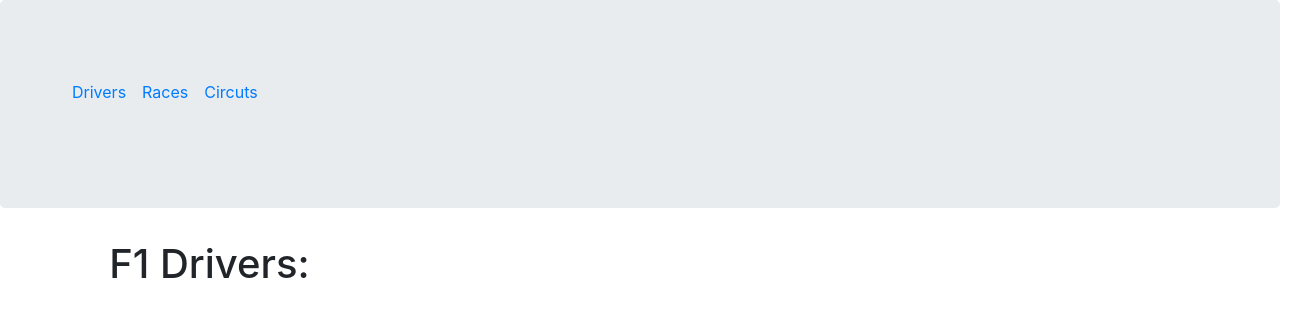
Repository: Lynras/formular1
Page: /Drivers
An editor plug-in stored every save of this project. The page is shown before and after the next save, followed by the edit.
The browser window is 1280 px wide. The page is 1295 px wide, so the pictures cover 1295 px, including what lies to the right of the window. The pictures show the whole page.
The page's requests for data from a server got no answer. Some web libraries are served in a nearby version. The project was rebuilt for these pictures with package versions that can differ from the ones it lists, and the page was loaded fresh each time. No one was signed in, and anything a server would have sent is missing.

Above is the page before, as saved 2021-03-17 12:24:52.

### public/index.html
<!DOCTYPE html>
<html lang="en">
  <head>
    <meta charset="utf-8" />
    <link rel="icon" href="%PUBLIC_URL%/favicon.ico" />
    <link rel="stylesheet" href="https://stackpath.bootstrapcdn.com/bootstrap/4.2.1/css/bootstrap.min.css" integrity="sha384-GJzZqFGwb1QTTN6wy59ffF1BuGJpLSa9DkKMp0DgiMDm4iYMj70gZWKYbI706tWS" crossorigin="anonymous">

    <meta name="viewport" content="width=device-width, initial-scale=1" />
    <meta name="theme-color" content="#000000" />
    <meta
      name="description"
      content="Web site created using create-react-app"
    />
    <link rel="apple-touch-icon" href="%PUBLIC_URL%/logo192.png" />
    <!--
      manifest.json provides metadata used when your web app is installed on a
      user's mobile device or desktop. See https://developers.google.com/web/fundamentals/web-app-manifest/
    -->
    <link rel="manifest" href="%PUBLIC_URL%/manifest.json" />
    <!--
      Notice the use of %PUBLIC_URL% in the tags above.
      It will be replaced with the URL of the `public` folder during the build.
      Only files inside the `public` folder can be referenced from the HTML.

      Unlike "/favicon.ico" or "favicon.ico", "%PUBLIC_URL%/favicon.ico" will
      work correctly both with client-side routing and a non-root public URL.
      Learn how to configure a non-root public URL by running `npm run build`.
    -->
    <title>React App</title>
  </head>
  <body>
    <noscript>You need to enable JavaScript to run this app.</noscript>
    <div id="root"></div>
    <!--
      This HTML file is a template.
      If you open it directly in the browser, you will see an empty page.

      You can add webfonts, meta tags, or analytics to this file.
      The build step will place the bundled scripts into the <body> tag.

      To begin the development, run `npm start` or `yarn start`.
      To create a production bundle, use `npm run build` or `yarn build`.
    -->
  </body>
</html>

### src/components/App.js
import React, { Component } from 'react';
import DriverList from '../components/DriversList';
import Header from '../components/Header';
import RaceList from '../components/RaceList';


class App extends Component {
  render() {
    return (
      <div className="App">
        <header className="App-header">
          <Header/>
          <DriverList/>
          <RaceList/>
        </header>
      </div>
    );
  }
}

export default App;

### src/reducers/index.js
import { combineReducers } from 'redux';
import driversReducer from './driversReducers';
import raceReducer from "./racesReducer"
export default combineReducers( {drivers: driversReducer, races: raceReducer} );

### src/components/DriversList.js
import React from 'react';
import { connect } from 'react-redux';
import { fetchDrivers } from '../actions';


class DriverList extends React.Component {
    componentDidMount(){
        this.props.fetchDrivers();
    }

    renderList() {
        return this.props.drivers.map(driver => {
            return (
                <li className="item" key={driver.driverId}>
                   <h4>{driver.givenName} {driver.familyName}
                   <small> Born: {driver.dateOfBirth}, {driver.nationality}</small></h4>
                </li>
            )
        })
    }

    render() {
        return (
            <div className="row">
                <div className="col-1"></div>
                <div className="col-4">
                    <h1>F1 Drivers:</h1>
                    <ul class="namelist">
                        {this.renderList()}
                    </ul>
                </div>
                <div className="col-7"></div>
            </div>

        );
    }
}

const mapStateToProps = state => {
    return { drivers: state.drivers };
}
export default connect(mapStateToProps, {fetchDrivers})(DriverList);

### src/components/Header.js
import React, { Component } from 'react';
import { Link } from 'react-router-dom';
import F1Img from '../assets/F1.jpg';


class Header extends Component {
  render() {
    return (

          // <div>

          //   <div class="navbar navbar-expand-lg" >
          //       <ui className="nav navbar-nav ml-auto">
          //          <li className="nav-item nav-link"> <Link to='/' >Drivers</Link></li>
          //          <li className="nav-item nav-link"> <Link to='/' >Races</Link></li>
          //          <li className="nav-item nav-link"> <Link to='/' >Results</Link></li>
          //       </ui>
          //   </div>
          //   <div className="jumbotron">

          //   <h1>React-Redux-Thunk-Axios-Router Formula 1 <img alt="F1" className ="img-fluid rounded" src={F1Img} style={{width:150, height:150}}></img></h1>
          //      <h5> This small React-App demonstrates the use of Redux-Thunk</h5>
          //       </div>
          //       </div>


          <header>
          <div className="jumbotron">
            <div class="navbar navbar-expand-lg" >
                <nav className="nav navbar-nav">

                    <Link to='/' className="nav-item nav-link"></Link>

                    <Link to='/Drivers' className="nav-item nav-link">Drivers</Link>

                    <Link to='/Races' className="nav-item nav-link">Races</Link>

                    <Link to='/Circuts' className="nav-item nav-link">Circuts</Link>

                </nav>

            </div>

            <br></br>

          </div>

        </header>
    );
  }
}

export default Header;

### src/components/RaceList.js
import React from 'react';
import { connect } from 'react-redux';
import { fetchRaces } from '../actions';

class RaceList extends React.Component {

    componentDidMount(){
        this.props.fetchRaces();
    }
    renderList() {
        return this.props.races.map(race => {
            return (
                <div className="item" key={race.round}>
                   <h4>{race.raceName}</h4>
                   <h5>{race.Circuit.circuitName} </h5>
                   <h5>{race.Circuit.Location.country}</h5>
                   <br></br>
                </div>
            )
        })
    }



    render() {

        return <div>{this.renderList()}</div>;

    }

}



const mapStateToProps = state => {

    return { races: state.races };

}

export default connect(mapStateToProps, {fetchRaces})(RaceList);

### src/reducers/driversReducers.js
// eslint-disable-next-line
export default (state=[], action) => {
    switch (action.type) {
        case 'FETCH_DRIVERS': return action.payload;
        default: return state;
    }
 };

### src/reducers/racesReducer.js
// eslint-disable-next-line
export default (state=[], action) => {
    switch (action.type) {
        case 'FETCH_RACES': return action.payload;
        default: return state;
    }
 };

### src/actions/index.js
import ergast from '../apis/ergast';

export const fetchRaces = () => async dispatch => {
    const response = await ergast.get('/api/f1/races.json');
    dispatch({type: 'FETCH_RACES', payload: response.data.MRData.RaceTable.Races})
};

export const fetchDrivers = () => async dispatch => {
    const response = await ergast.get('/api/f1/drivers.json');
    dispatch({type: 'FETCH_DRIVERS', payload: response.data.MRData.DriverTable.Drivers})

};

### src/apis/ergast.js
import axios from 'axios';

export default axios.create({
    baseURL: 'http://ergast.com'
});

Loaded but not shown: src/index.js (common file)

After the next save:
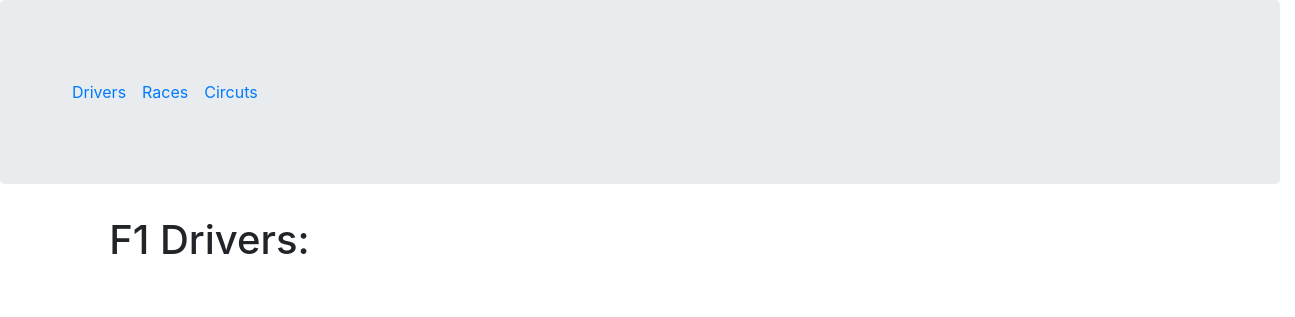
Saved 13 s later.
--- a/src/components/Header.js
+++ b/src/components/Header.js
@@ -40,9 +40,6 @@ class Header extends Component {
                 </nav>
 
             </div>
-
-            <br></br>
-
           </div>
 
         </header>
